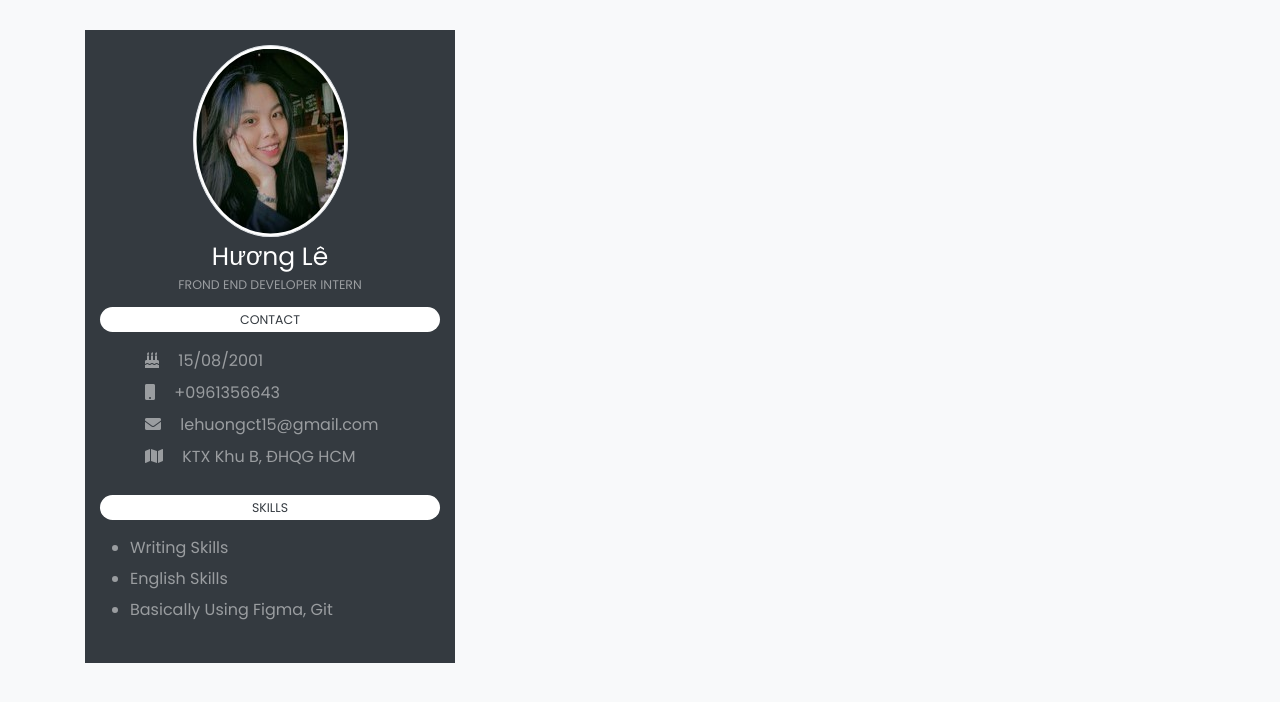
Repository: huongle158/cvhuongle
Page: index.html
These files come from the project's save history. The page is drawn as it stood at one moment and after the next save; the edit follows.
The browser window is 1280 px wide. The pictures show the whole page.
Some web libraries are served in a nearby version.

Above is the page before, as saved 2021-12-12 23:38:13.

After the next save:
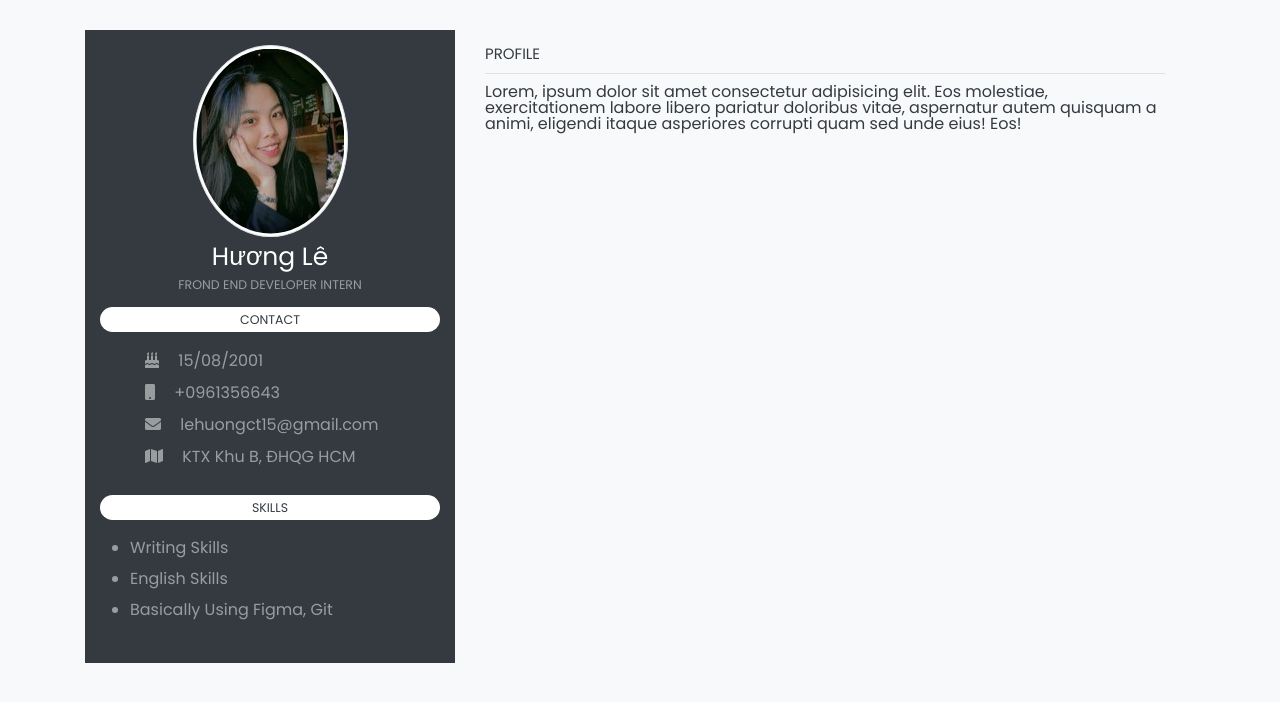
Saved 2 min 11 s later.
--- a/index.html
+++ b/index.html
@@ -73,7 +73,14 @@
 
         </div>
 
-        <div class="col-lg-8 bg-light text-dark py-4 px-5"></div>
+        <div class="col-lg-8 bg-light text-dark py-4 px-5">
+            <div class="header-right">
+                <h4 class="text-uppercase">profile</h4>
+                <hr>
+                <p>Lorem, ipsum dolor sit amet consectetur adipisicing elit. Eos molestiae, exercitationem labore libero pariatur doloribus vitae, aspernatur autem quisquam a animi, eligendi itaque asperiores corrupti quam sed unde eius! Eos!</p>
+
+            </div>
+        </div>
       </div>
     </div>
 
